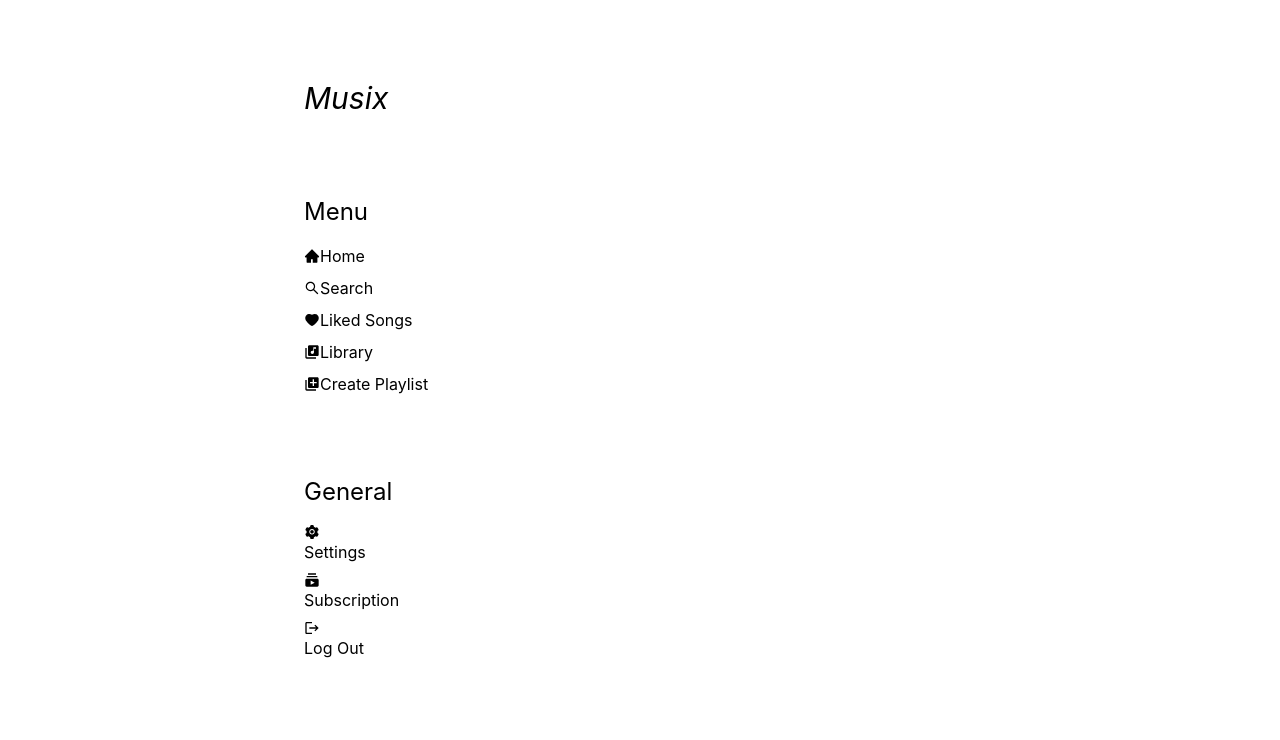
Repository: brandford7/music-player
Page: /
The author's editor kept a copy of each file at every save. The page is drawn from the files as they stood at one save, then again after the next save.
The browser window is 1280 px wide. The pictures show the whole page.
The project was rebuilt for these pictures with package versions that can differ from the ones it lists, and the page was loaded fresh each time. The framework's server and built-in components were replaced by stand-ins that run in the browser. Also part of the build but not shown: next.config.js.

Above is the page before, as saved 2022-11-18 11:29:49.

After the next save:
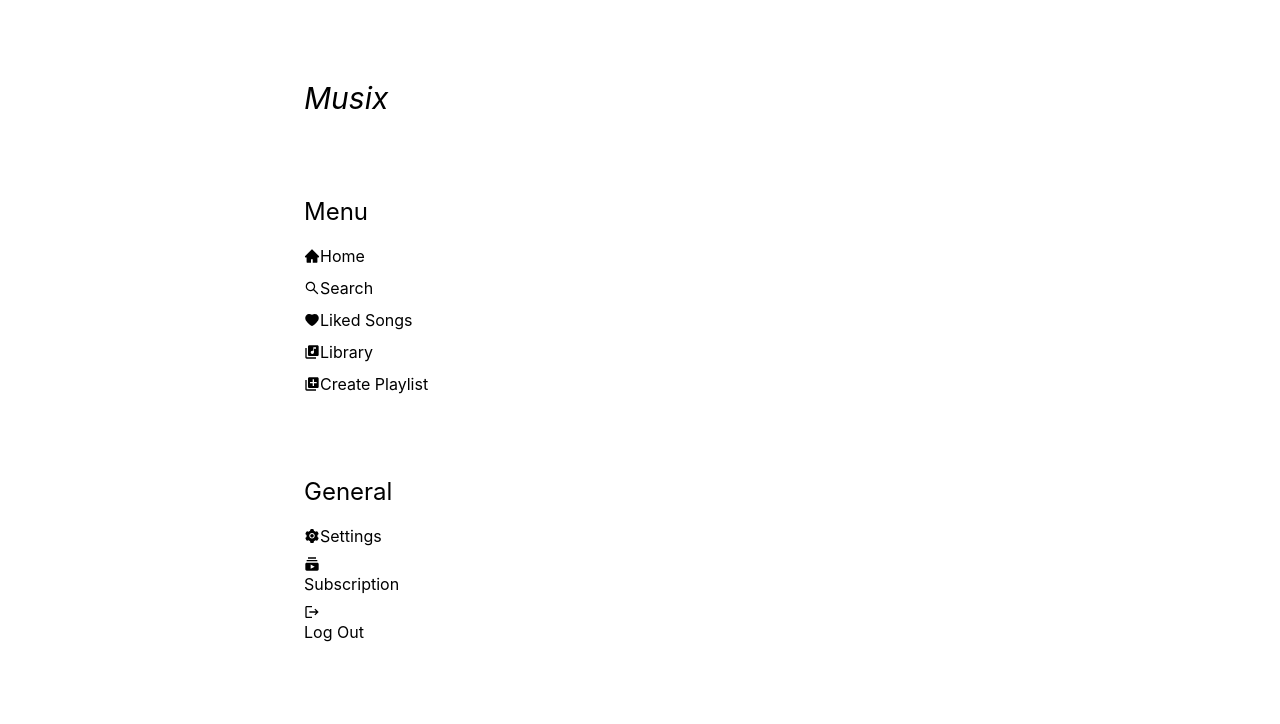
Saved 29 s later.
--- a/components/Sidebar.jsx
+++ b/components/Sidebar.jsx
@@ -41,9 +41,18 @@ const Sidebar = () => {
       <section>
         <h2 className="mb-4 text-2xl">General</h2>
         <ul className="space-y-2">
-          <li><AiFillSetting/>Settings</li>
-          <li><MdSubscriptions/>Subscription</li>
-          <li><MdLogout/>Log Out</li>
+          <li className="flex items-center ">
+            <AiFillSetting />
+            Settings
+          </li>
+          <li>
+            <MdSubscriptions />
+            Subscription
+          </li>
+          <li>
+            <MdLogout />
+            Log Out
+          </li>
         </ul>
       </section>
     </div>
